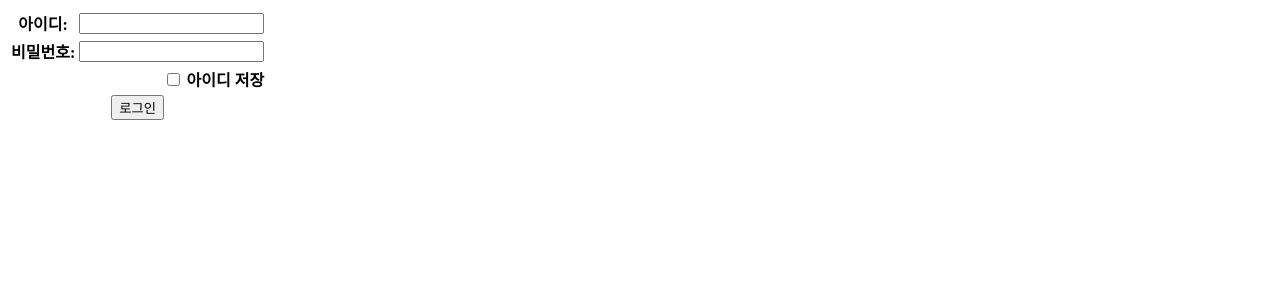
Repository: namubal78/practice-workspace
Page: http://localhost/Practice/
An editor plug-in stored every save of this project. The page is shown before and after the next save, followed by the edit.
The browser window is 1280 px wide. The pictures show the whole page.
The page is served by Tomcat 9. Nobody is signed in. The application's start-up code is not run. Other server files are loaded and not shown.

Above is the page before, as saved 2023-03-03 04:09:51.

### Practice/src/main/webapp/index.jsp
<%@ page language="java" contentType="text/html; charset=utf-8"
    pageEncoding="utf-8" import="com.gasystem.practice.member.model.vo.Member"%>
<%

	Member loginUser = (Member)session.getAttribute("loginUser");
	String contextPath = request.getContextPath();
	String alertMsg = (String)session.getAttribute("alertMsg");

%>
<!DOCTYPE html>
<html lang="en">
<head>
    <meta charset="UTF-8">
    <meta http-equiv="X-UA-Compatible" content="IE=edge">
    <meta name="viewport" content="width=device-width, initial-scale=1.0">
    <title>Document</title>
    <style>

        div{
            box-sizing: border-box;
            /* border: 1px solid black; */
        }

    </style>
    <script src="https://ajax.googleapis.com/ajax/libs/jquery/3.5.1/jquery.min.js"></script>
</head>
<body>

    <div>

		<% if(loginUser == null) { %>
	        <form action="<%= contextPath %>/login.me" method="post">

	            <table>

	                <tr>
	                    <th>아이디: </th>
	                    <td><input type="text" name="memberId" required></td>
	                </tr>
	                <tr>
	                    <th>비밀번호: </th>
	                    <td><input type="password" name="memberPwd" required></td>
	                </tr>
	                <tr align="right">
	                    <th colspan="2">
	                        <input type="checkbox" id="savedId" name="savedId" value="y">
	                        <label for="sevedId">아이디 저장</label>
	                    </th>
	                </tr>
	                <tr>
	                    <th colspan="2">
	                        <button type="submit">로그인</button>
	                    </th>
	                </tr>
	            </table>


	        </form>
        <% } else { %>

        <div>
        	<p><%= loginUser.getMemberName()%>님</p>
        	<a>로그아웃</a>
        </div>

        <% } %>

    </div>

</body>
</html>

After the next save:
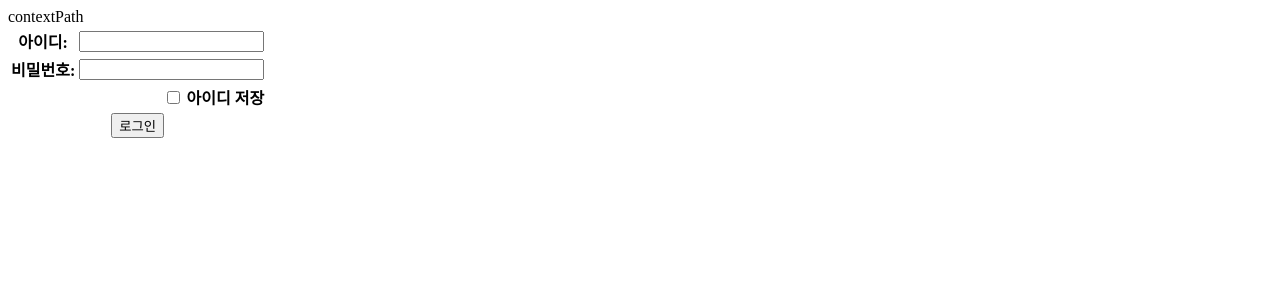
Saved 3 min 22 s later.
--- a/Practice/src/main/webapp/index.jsp
+++ b/Practice/src/main/webapp/index.jsp
@@ -1,5 +1,6 @@
 <%@ page language="java" contentType="text/html; charset=utf-8"
     pageEncoding="utf-8" import="com.gasystem.practice.member.model.vo.Member"%>
+<%@ taglib prefix="c" uri="http://java.sun.com/jsp/jstl/core" %>
 <%
 
 	Member loginUser = (Member)session.getAttribute("loginUser");
@@ -7,6 +8,7 @@
 	String alertMsg = (String)session.getAttribute("alertMsg");
 
 %>
+<c:out value="contextPath"></c:out>
 <!DOCTYPE html>
 <html lang="en">
 <head>
